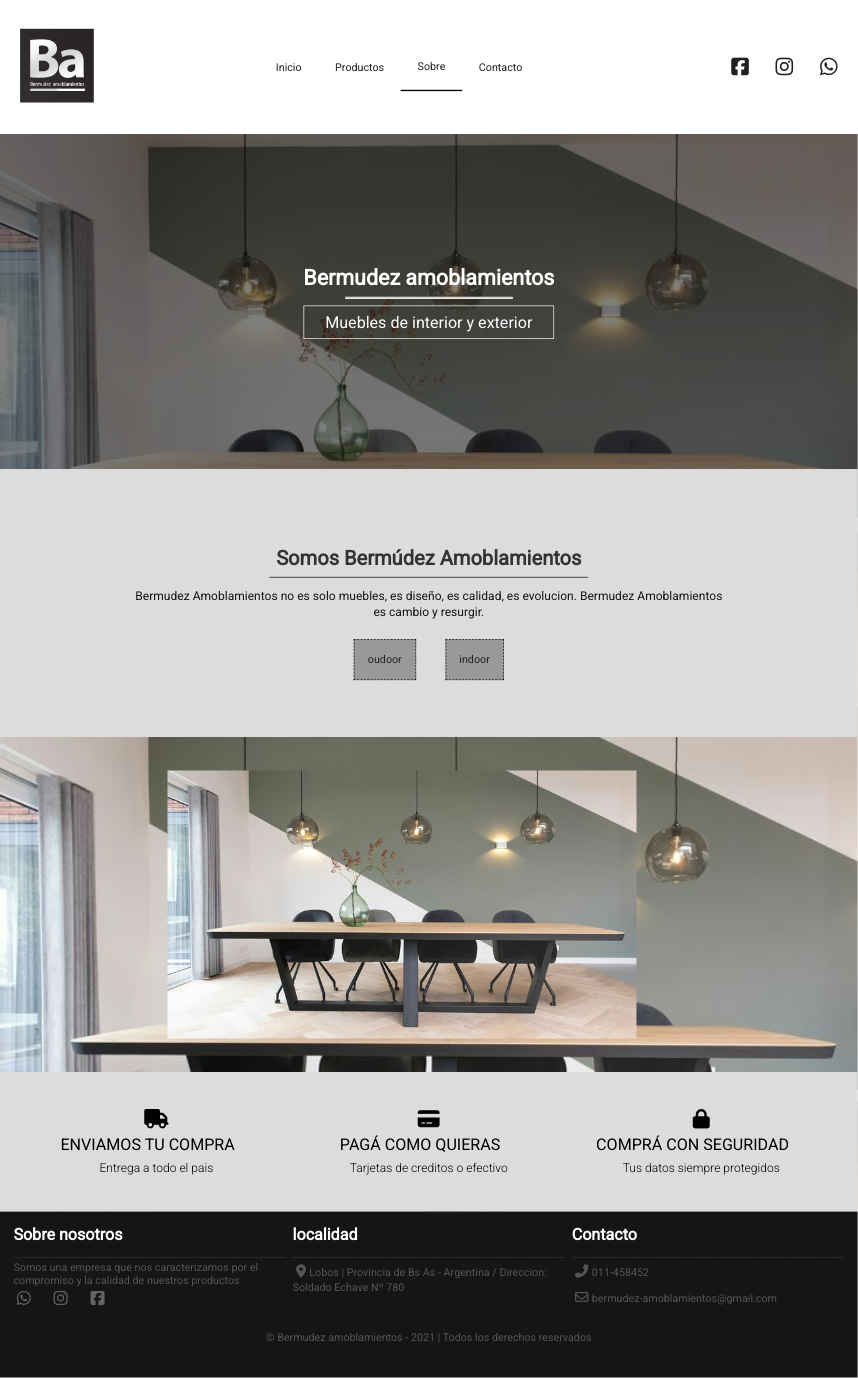
Repository: DamianBermudez94/Bermudez-amoblamientos
Page: index.html
An editor plug-in stored every save of this project. The page is shown before and after the next save, followed by the edit.
The browser window is 1280 px wide. The pictures show the whole page, at 67% of full size.
Backgrounds fixed to the window are drawn as part of the page. Some web libraries are served in a nearby version.

Above is the page before, as saved 2022-09-22 18:28:33.

After the next save:
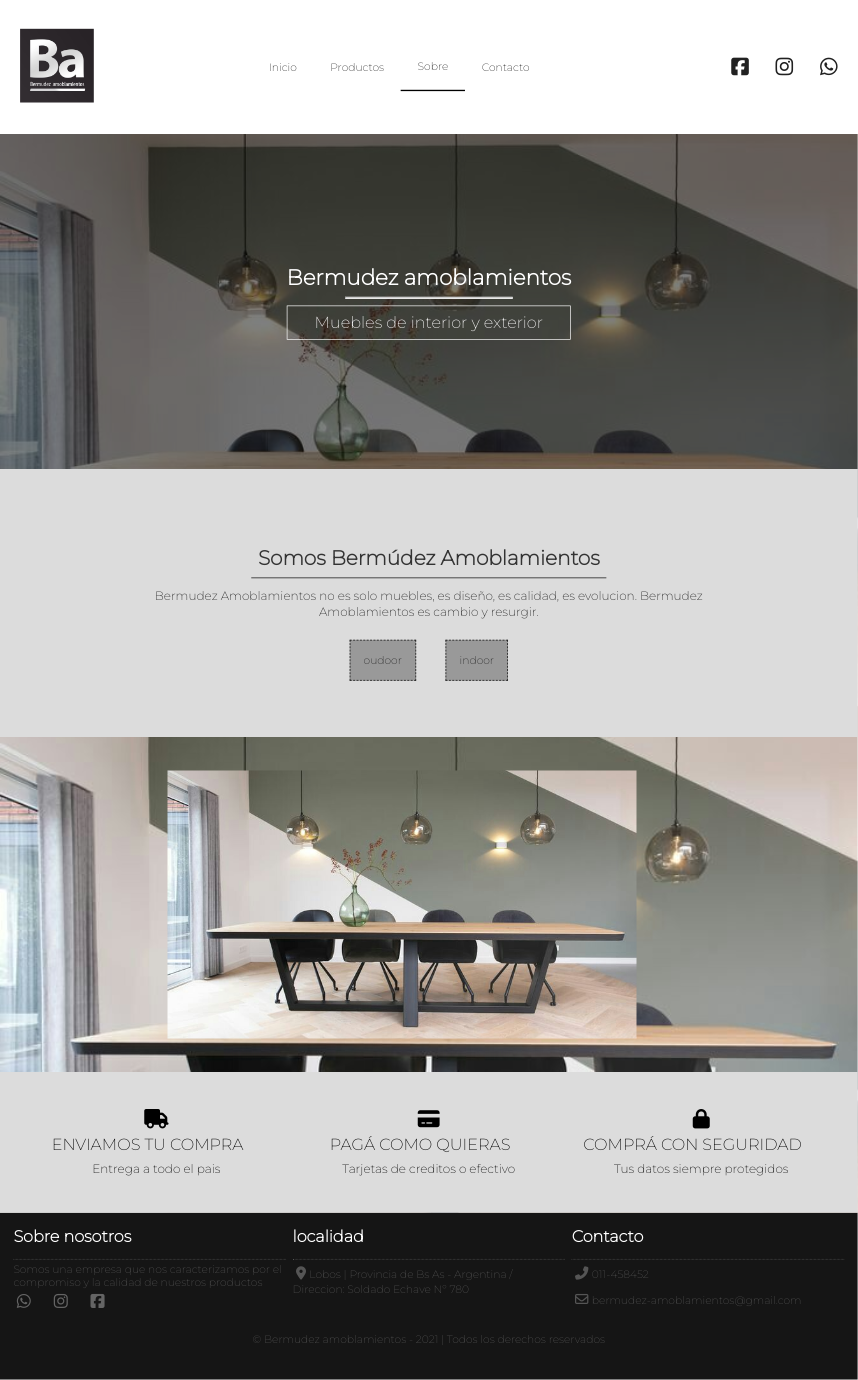
Saved 28 s later.
--- a/index.css
+++ b/index.css
@@ -2,7 +2,7 @@
   padding: 0;
   margin: 0;
   box-sizing: border-box;
-  font-family: "Roboto", sans-serif;
+  font-family: 'Montserrat', sans-serif;
 }
 
 /** Go top **/
